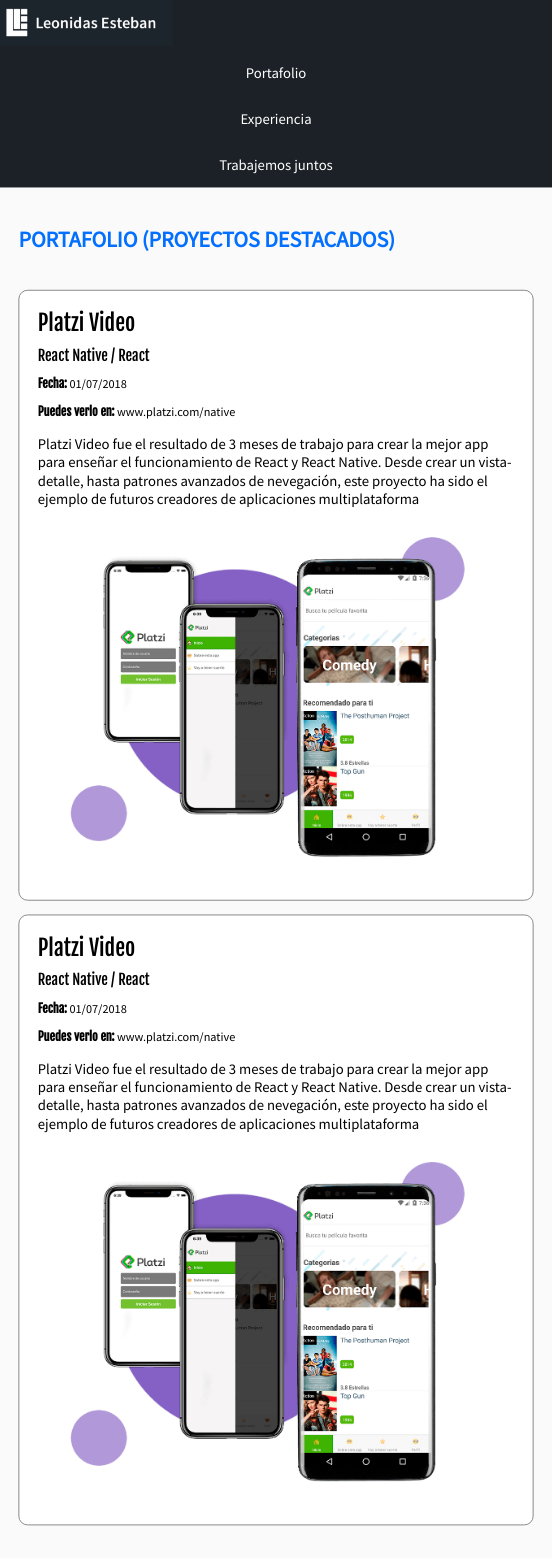
Repository: joseLozanoTamayo/web-desing
Page: desarrollo-web-portafolio/index.html
These files come from the project's save history. The page is drawn as it stood at one moment and after the next save; the edit follows.
The browser window is 600 px wide. The pictures show the whole page, at 92% of full size.

Above is the page before, as saved 2019-04-21 22:33:37.

### desarrollo-web-portafolio/index.html
<!DOCTYPE html>
<html lang="es">
  <head>
    <meta name="viewport" content="width=device-width, initial-scale=1" />
    <meta charset="UTF-8" />
    <title>Leonidas Esteban</title>
    <link rel="icon" type="image/png" href="images/favicon.png" />
    <link
      href="https://fonts.googleapis.com/css?family=Fjalla+One|Source+Sans+Pro"
      rel="stylesheet"
    />
    <link rel="stylesheet" href="css/estilos.css" />
  </head>
  <body>
    <header class="header">
      <div class="container">
        <figure class="logo">
          <img
            src="images/logo.png"
            height="50"
            alt="Logo de http://leonidasesteban.com"
          />
        </figure>
        <nav class="menu">
          <ol>
            <li>
              <a class="link" href="#portafolio">Portafolio</a>
            </li>
            <li>
              <a class="link" href="#eventos">Experiencia</a>
            </li>
            <li>
              <a class="link" href="#contacto">Trabajemos juntos</a>
            </li>
          </ol>
        </nav>
      </div>
    </header>
    <!-- <section class="hero">
      <div class="container">
        <h1>
          Hola! Soy <strong>Leonidas Esteban</strong> <br />
          Desarrollador <strong>Javascript</strong> con <br />
          pasión por la <strong>enseñanza</strong>
        </h1>
        <img
          class="hero-image"
          src="images/hero.jpg"
          width="500"
          height="300"
          alt="imagen principal del sitio"
        />
      </div>
    </section> -->
    <section id="portafolio" class="portfolio">
      <div class="container">
        <h2>Portafolio (Proyectos Destacados)</h2>
        <article class="project">
          <div class="project-details">
            <h3 class="project-title">Platzi Video</h3>
            <h6 class="project-course">React Native / React</h6>
            <p class="project-date">
              <small><strong>Fecha:</strong> 01/07/2018</small>
            </p>
            <p class="project-url">
              <small
                ><strong>Puedes verlo en:</strong> www.platzi.com/native</small
              >
            </p>
            <p class="project-description">
              Platzi Video fue el resultado de 3 meses de trabajo para crear la
              mejor app para enseñar el funcionamiento de React y React Native.
              Desde crear un vista-detalle, hasta patrones avanzados de
              nevegación, este proyecto ha sido el ejemplo de futuros creadores
              de aplicaciones multiplataforma
            </p>
          </div>
          <figure class="project-imageContainer">
            <img
              class="project-image"
              width="500"
              src="images/platzi-video-react-native.png"
              alt="prouyecto del curso de React Native"
            />
          </figure>
        </article>
        <article class="project">
          <div class="project-details">
            <h3 class="project-title">Platzi Video</h3>
            <h6 class="project-course">React Native / React</h6>
            <p class="project-date">
              <small><strong>Fecha:</strong> 01/07/2018</small>
            </p>
            <p class="project-url">
              <small
                ><strong>Puedes verlo en:</strong> www.platzi.com/native</small
              >
            </p>
            <p class="project-description">
              Platzi Video fue el resultado de 3 meses de trabajo para crear la
              mejor app para enseñar el funcionamiento de React y React Native.
              Desde crear un vista-detalle, hasta patrones avanzados de
              nevegación, este proyecto ha sido el ejemplo de futuros creadores
              de aplicaciones multiplataforma
            </p>
          </div>
          <figure class="project-imageContainer">
            <img
              class="project-image"
              width="500"
              src="images/platzi-video-react-native.png"
              alt="prouyecto del curso de React Native"
            />
          </figure>
        </article>
      </div>
    </section>
    <!-- <div class="container">
      <h2 class="event-list-title">Más sobre mi experiencia</h2>
    </div>
    <section id="eventos" class="event-list">
      <div class="container">
        <article class="event">
          <figure class="event-imageContainer">
            <img class="event-image" src="images/platzi-conf.jpg" width="500" />
          </figure>
          <div class="event-detail">
            <h3 class="event-title">PlatziConf México 2018</h3>
            <p class="event-description">
              El evento más grande sobre gente que quiere aprender más de
              internet. En esté evento te comparto como tener una vida de
              constante aprendizaje.
            </p>
            <a
              class="event-url"
              href="https://www.youtube.com/watch?v=BIS7cWGgJg0"
              target="_blank"
              >Ver Plática</a
            >
          </div>
        </article>
        <article class="event">
          <figure class="event-imageContainer">
            <img class="event-image" src="images/platzi-conf.jpg" width="500" />
          </figure>
          <div class="event-detail">
            <h3 class="event-title">PlatziConf México 2018</h3>
            <p class="event-description">
              El evento más grande sobre gente que quiere aprender más de
              internet. En esté evento te comparto como tener una vida de
              constante aprendizaje.
            </p>
            <a
              class="event-url"
              href="https://www.youtube.com/watch?v=BIS7cWGgJg0"
              target="_blank"
              >Ver Plática</a
            >
          </div>
        </article>
        <article class="event">
          <figure class="event-imageContainer">
            <img class="event-image" src="images/platzi-conf.jpg" width="500" />
          </figure>
          <div class="event-detail">
            <h3 class="event-title">PlatziConf México 2018</h3>
            <p class="event-description">
              El evento más grande sobre gente que quiere aprender más de
              internet. En esté evento te comparto como tener una vida de
              constante aprendizaje.
            </p>
            <a
              class="event-url"
              href="https://www.youtube.com/watch?v=BIS7cWGgJg0"
              target="_blank"
              >Ver Plática</a
            >
          </div>
        </article>
        <article class="event">
          <figure class="event-imageContainer">
            <img class="event-image" src="images/platzi-conf.jpg" width="500" />
          </figure>
          <div class="event-detail">
            <h3 class="event-title">PlatziConf México 2018</h3>
            <p class="event-description">
              El evento más grande sobre gente que quiere aprender más de
              internet. En esté evento te comparto como tener una vida de
              constante aprendizaje.
            </p>
            <a
              class="event-url"
              href="https://www.youtube.com/watch?v=BIS7cWGgJg0"
              target="_blank"
              >Ver Plática</a
            >
          </div>
        </article>
      </div>
    </section>
    <section id="contacto" class="contact">
      <div class="container">
        <form action="/suscripcion/" class="form-email">
          <h3>¿Creamos algo juntos?</h3>
          <input type="text" placeholder="Déjame tu email" id="email" />
          <button>Enviar</button>
        </form>
        <div class="social">
          <a
            href="https://twitter.com/leonidasesteban"
            class="social-link twitter"
          ></a>
          <a
            href="https://facebook.com/leonidas.esteban"
            class="social-link facebook"
          ></a>
          <a
            href="https://github.com/leonidasesteban"
            class="social-link github"
          ></a>
          <a
            href="https://instagram.com/leonidasesteban"
            class="social-link instagram"
          ></a>
        </div>
      </div>
    </section>
    <footer class="footer">
      <div class="container">
        <div>
          <p>
            Curso de Desarrollo web online 2018
            <img src="images/platzi.png" width="80" alt="platzi" />
          </p>
        </div>
        <div>
          <p>
            Designed with by
            <a href="https://twitter.com/thespianartist">@thespianartist</a>
          </p>
        </div>
      </div>
    </footer> -->
  </body>
</html>

### desarrollo-web-portafolio/css/estilos.css
/* reglas
selectores
declaraciones
propiedades
valores */


/* seletor de etiqueta  header - section - article - nav */
/* header {
  background: pink;
  color: red
} */

/* selector descendente  */
/* body header div nav ol li a  */

/* selector de clase . */

/* .link */

/* selector de id # */
/* #portafolio */



/* gris oscuro = #1d252c */
/* gris claro = #626262 */
/* background gris = #1b2127 */
/* celeste = #026fff */

body {
  font-family: 'Source Sans Pro', sans-serif;
  margin: 0;
}

h1,
h2,
h3,
h4,
h5,
h6{
  font-family: 'Fjalla One', sans-serif;
  font-weight: normal;
  /* font-style: italic; */
}

h1 {
  font-size: 40px;
  line-height: 1.5;
  letter-spacing: -.2px;
  color: white;
  margin: 0;
  /* margin: 100px 150px 70px 30px; */
  /* text-transform: uppercase; */
  /* text-decoration: dashed; */
}
h1 strong {
  color: #026fff;
}
h2 {
  color: #026fff;
  text-transform: uppercase;
  font-family: 'Source Sans Pro', sans-serif;
  font-weight: bold;
  font-size: 24px;
  margin-bottom: 40px;
}

.hero {
  height: 300px;
  /* background-image: url('../images/hero.jpg'); */
  background-color: #1b2127;
  /* background-size: 500px 300px; */
  /* background-repeat: no-repeat; */
  /* background-position-x: right; */
  display: flex;
  align-items: center;
  justify-content: space-between;
  flex-wrap: wrap;
}

.hero-image{
  object-fit: cover;
}


.portfolio {
  background: #fafafa;
  padding: 20px;
  /* background: red; */
}

.project {
  /* border-top: 10px solid red;
  border-right: 10px solid green;
  border-left: 10px solid orange;
  border-bottom: 10px solid pink; */
  /* color: blue; */
  /* border-top-color: red;
  border-top-width: 15px;
  border-top-style: solid; */
  border: 1px solid gray;
  border-radius: 10px;
  /* border-top-left-radius: 50px;
  border-top-right-radius: 10px;
  border-bottom-left-radius: 10px;
  border-bottom-right-radius: 10px; */
  /* margin: 10px; */
  margin-bottom: 15px;
  /* margin-right
  margin-left
  margin-top */
  padding: 20px;
  background: white;
  display: flex;
  align-items: center;
  justify-content: space-between;
  flex-wrap: wrap;
}
.project-course,
.project-date,
.project-url {
  margin: 10px 0;
}
.project-description {
  font-size: 20px;
}
.project strong {
  font-family: 'Fjalla One', sans-serif;
}
/* .project-date {
  margin: 10px 0;
} */

.project-title {
  font-size: 30px;
  margin-top: 0;
  margin-bottom: 10px;
}


.project-details {
  width: 50%;
}

.project-imageContainer {
  width: 50%;
}

.project-imageContainer img {
  max-width: 100%;
}

.header {
  background-color: #1b2127;
  color: white;
  display: flex;
  height: 70px;
  align-items: center;
  justify-content: space-between;
  flex-wrap: wrap;
}

ol,
ul {
  margin: 0;
  padding: 0;
  list-style: none;
}

figure {
  margin: 0;
}

.header a {
  color: white;
  text-decoration: none;
}
.menu {
  height: inherit;
}
.header ol {
  display: flex;
  height: inherit;
}
.header ol li {
  height: inherit;
}
.header a {
  display: flex;
  align-items: center;
  height: inherit;
  padding: 0 10px;
}

.flexbox {
  display: flex;
  /* flex-wrap: nowrap; */
  flex-wrap: wrap;
  /* flex-direction: column; */
}

.box {
  width: 50px;
  height: 50px;
  margin: 5px;
  border: 1px solid red;

  flex-shrink: 0;
}

.footer {
  color: white;
  background-color: #1b2127;
  display: flex;
  align-items: center;
  justify-content: space-between;
  flex-wrap: wrap;
}

.footer img {
  vertical-align: middle;
}

.footer a {
  color: white;
}

.event-list {
  display: flex;
  flex-wrap: wrap;
}
.event-list-title {
  margin-left: 20px;
}
.event {
  margin: 10px;
  width: 480px;
  flex-shrink: 0;
  border-radius: 10px;
  overflow: hidden;
  background: #f4fbff;
}
.event img {
  width: 480px;
  height: 200px;
  object-fit: cover;
}
.event-detail {
  margin: 20px 40px;
  margin-top: -40px;
  background-color: white;
  position: relative;
  padding: 20px;
  text-align: center;
}
.event-description {
  text-align: left;
}

.event-url {
  color: #056fff;
  border: 1px solid;
  padding: 5px 20px;
  text-decoration: none;
  border-radius: 5px;
}

.contact {
  background-color: #056fff;
  color: white;
  height: 150px;
  display: flex;
  align-items: center;
  justify-content: space-between;
  flex-wrap: wrap;
}

.social {
}

.social-link {
  display: inline-block;
  width: 50px;
  height: 50px;
  margin: 0 10px;
  background-size: 50px 50px;
}

.social-link.twitter {
  background-image: url('../images/twitter.svg');
}
.social-link.facebook {
  background-image: url('../images/facebook.svg');
}
.social-link.github {
  background-image: url('../images/github.svg');
}
.social-link.instagram {
  background-image: url('../images/instagram.svg');
}


.form-email input {
  border-color: gray;
  border-style: solid;
  border-radius: 5px;
  padding: 10px 20px 10px 25px;
  background-image: url('../images/envelope.svg');
  background-size: 15px 15px;
  background-repeat: no-repeat;
  background-position-y: center;
  background-position-x: 5px;
}

.form-email button {
  display: block;
  background: transparent;
  color: white;
  padding: 10px 0;
  border-radius: 5px;
  width: 100px;
  margin-top: 10px;
}

.form-email h3 {
  font-family: 'Source Sans Pro', sans-serif;
}

.container {
  /* border: 1px solid red; */
  max-width: 1000px;
  flex: 1;
  margin: 0 auto;
  display: inherit;
  justify-content: inherit;
  align-items: inherit;
  height: inherit;
  flex-wrap: inherit;
}

/* destop first que empieces desde MQ mas grande*/

@media screen and ( max-width: 1024px){
}

@media screen and (max-width: 767px) {
  .header {
    display: block;
    height: auto;
  }

  .header ol {
    display: block;
  }

  .header ol li {
    height: 50px;
  }

  .header a {
    justify-content: center;
  }

  .project {
    display: block;
  }

  .project-imageContainer {
    width: auto;
    text-align: center;
  }

  .project-details {
    width: auto;
    font-size: 16px;
  }

  .project-title {
    font-size: 1.5em;
  }

  .project-url {
    font-size: 1em;
  }

  .project-course {
    font-size: 1em;
  }

  .project-date {
    font-size: 1em;
  }

  .project-description {
    font-size: 1em;
  }

}

@media screen and ( max-width: 480px){
}

@media screen and ( max-width: 320px){
}

After the next save:
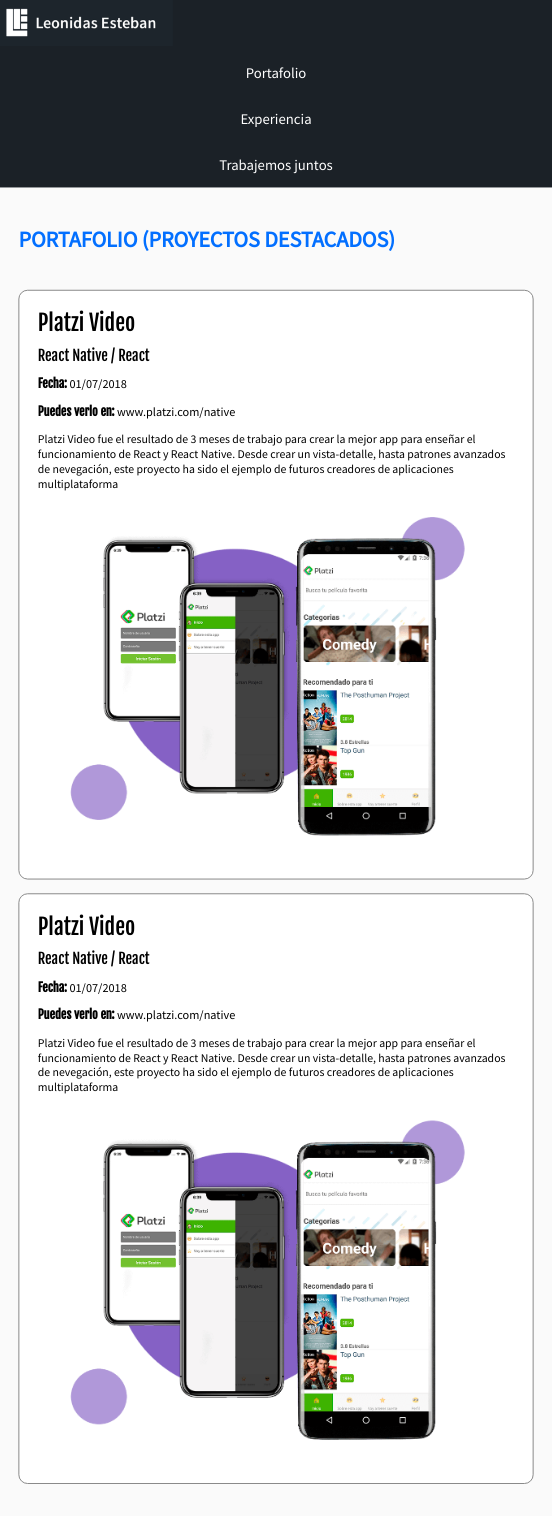
Saved 7 s later.
--- a/desarrollo-web-portafolio/css/estilos.css
+++ b/desarrollo-web-portafolio/css/estilos.css
@@ -393,7 +393,7 @@
   }
 
   .project-description {
-    font-size: 1em;
+    font-size: 0.8em;
   }
 
 }
